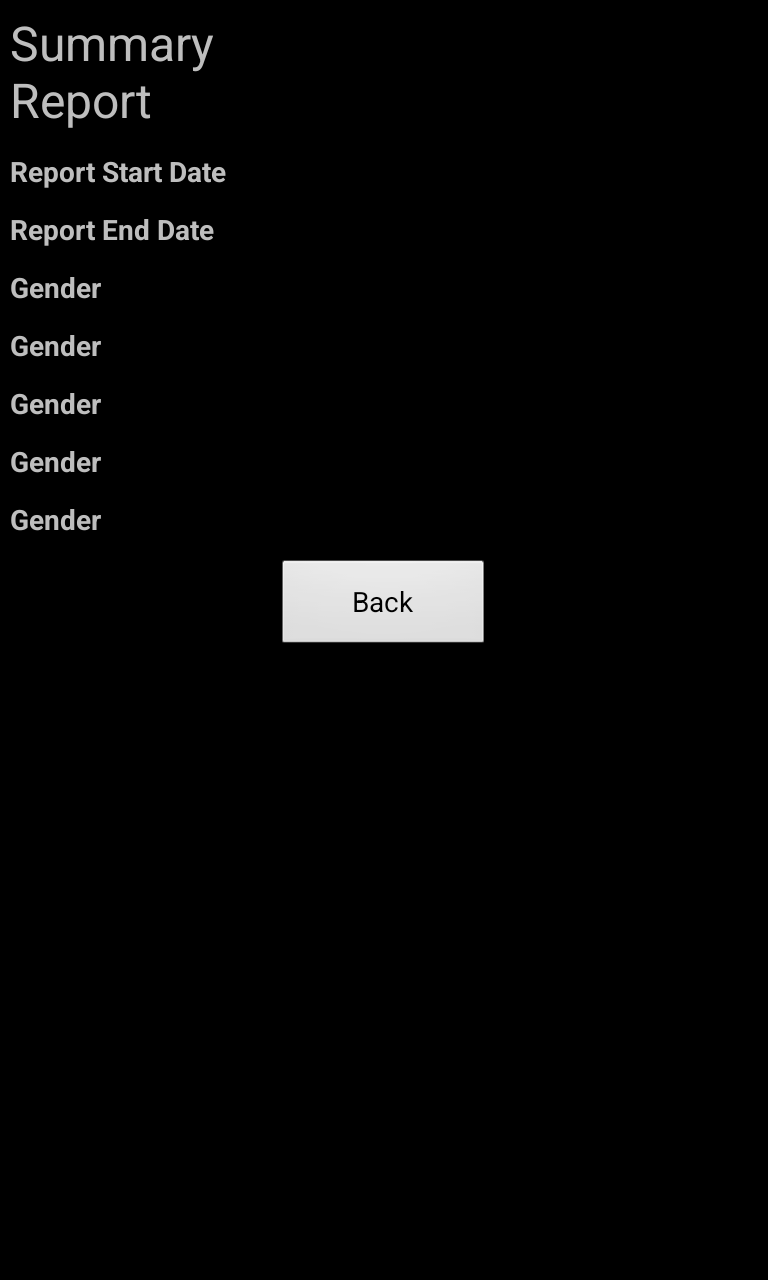
Repository: dillonyoung/CPD4493
Layout: TraCare/res/layout/report.xml
An editor plug-in stored every save of this project. The layout is shown before and after the next save, followed by the edit.
It is drawn on a 768 x 1280 px phone screen (xhdpi) without system bars, with theme android:Theme.Black; the app's code is not run.

Above is the layout before, as saved 2013-04-10 21:39:20.

### TraCare/res/layout/report.xml
<?xml version="1.0" encoding="utf-8"?>
<ScrollView xmlns:android="http://schemas.android.com/apk/res/android"
    android:layout_width="fill_parent"
    android:layout_height="fill_parent" >

    <TableLayout
        android:id="@+id/TableLayout1"
        android:layout_width="match_parent"
        android:layout_height="wrap_content" >

        <TableRow
            android:id="@+id/tableRow1"
            android:layout_width="wrap_content"
            android:layout_height="wrap_content"
            android:padding="5dip" >

            <TextView
                android:id="@+id/textView1"
                android:layout_width="wrap_content"
                android:layout_height="wrap_content"
                android:layout_span="2"
                android:text="@string/summary"
                android:textSize="24sp" />
        </TableRow>


        <TableRow
            android:id="@+id/tableRow2"
            android:layout_width="wrap_content"
            android:layout_height="wrap_content"
            android:padding="5dip" >

            <TextView
                android:id="@+id/textView2"
                android:layout_width="wrap_content"
                android:layout_height="wrap_content"
                android:text="@string/reportstart"
                android:textStyle="bold" />

            <TextView
                android:id="@+id/txtReportStartDate"
                android:layout_width="wrap_content"
                android:layout_height="wrap_content"
                android:text="@string/blank"
                android:textStyle="bold" />
        </TableRow>


        <TableRow
            android:id="@+id/tableRow3"
            android:layout_width="wrap_content"
            android:layout_height="wrap_content"
            android:padding="5dip" >

            <TextView
                android:id="@+id/textView3"
                android:layout_width="wrap_content"
                android:layout_height="wrap_content"
                android:text="@string/reportend"
                android:textStyle="bold" />

            <TextView
                android:id="@+id/txtReportEndDate"
                android:layout_width="wrap_content"
                android:layout_height="wrap_content"
                android:text="@string/blank"
                android:textStyle="bold" />
        </TableRow>


        <TableRow
            android:id="@+id/tableRow4"
            android:layout_width="wrap_content"
            android:layout_height="wrap_content"
            android:padding="5dip" >

            <TextView
                android:id="@+id/textView4"
                android:layout_width="wrap_content"
                android:layout_height="wrap_content"
                android:text="@string/gender"
                android:textStyle="bold" />

            <TextView
                android:id="@+id/txtReportLowestWeight"
                android:layout_width="wrap_content"
                android:layout_height="wrap_content"
                android:text="@string/blank"
                android:textStyle="bold" />
        </TableRow>


        <TableRow
            android:id="@+id/tableRow5"
            android:layout_width="wrap_content"
            android:layout_height="wrap_content"
            android:padding="5dip" >

            <TextView
                android:id="@+id/textView5"
                android:layout_width="wrap_content"
                android:layout_height="wrap_content"
                android:text="@string/gender"
                android:textStyle="bold" />

            <TextView
                android:id="@+id/txtReportLowestDate"
                android:layout_width="wrap_content"
                android:layout_height="wrap_content"
                android:text="@string/blank"
                android:textStyle="bold" />
        </TableRow>


        <TableRow
            android:id="@+id/tableRow6"
            android:layout_width="wrap_content"
            android:layout_height="wrap_content"
            android:padding="5dip" >

            <TextView
                android:id="@+id/textView6"
                android:layout_width="wrap_content"
                android:layout_height="wrap_content"
                android:text="@string/gender"
                android:textStyle="bold" />

            <TextView
                android:id="@+id/txtReportHighestWeight"
                android:layout_width="wrap_content"
                android:layout_height="wrap_content"
                android:text="@string/blank"
                android:textStyle="bold" />
        </TableRow>


        <TableRow
            android:id="@+id/tableRow7"
            android:layout_width="wrap_content"
            android:layout_height="wrap_content"
            android:padding="5dip" >

            <TextView
                android:id="@+id/textView7"
                android:layout_width="wrap_content"
                android:layout_height="wrap_content"
                android:text="@string/gender"
                android:textStyle="bold" />

            <TextView
                android:id="@+id/txtReportHighestDate"
                android:layout_width="wrap_content"
                android:layout_height="wrap_content"
                android:text="@string/blank"
                android:textStyle="bold" />
        </TableRow>


        <TableRow
            android:id="@+id/tableRow8"
            android:layout_width="wrap_content"
            android:layout_height="wrap_content"
            android:padding="5dip" >

            <TextView
                android:id="@+id/textView8"
                android:layout_width="wrap_content"
                android:layout_height="wrap_content"
                android:text="@string/gender"
                android:textStyle="bold" />

            <TextView
                android:id="@+id/txtReportAverageWeight"
                android:layout_width="wrap_content"
                android:layout_height="wrap_content"
                android:text="@string/blank"
                android:textStyle="bold" />
        </TableRow>

        <TableRow
            android:id="@+id/tableRow9"
            android:layout_width="wrap_content"
            android:layout_height="wrap_content"
            android:gravity="center_horizontal"
            android:padding="5dip" >

            <Button
                android:id="@+id/btnBack"
                android:layout_width="wrap_content"
                android:layout_height="wrap_content"
                android:layout_span="2"
                android:text="@string/back" />
        </TableRow>
    </TableLayout>

</ScrollView>

### TraCare/res/values/strings.xml
<?xml version="1.0" encoding="utf-8"?>
<resources>

    <string name="app_name">TraCare</string>
    <string name="action_settings">Settings</string>
    <string name="title_section1">Section 1</string>
    <string name="title_section2">Section 2</string>
    <string name="title_section3">Section 3</string>
    <string name="user_details">User Details</string>
    <string name="gender">Gender</string>
    <string name="male">Male</string>
    <string name="female">Female</string>
    <string name="weight">Weight (Lbs)</string>
    <string name="preferences">Preferences</string>
    <string name="track_weight">Track Weight</string>
    <string name="track_sleep">Track Sleep</string>
    <string name="track_energy_level">Track Energy Level</string>
    <string name="track_quality_of_sleep">Track Quality of Sleep</string>
    <string name="track_fitness">Track Fitness</string>
    <string name="track_nutrition">Track Nutrition</string>
    <string name="savesettings">Save Settings</string>
    <string name="back">Back</string>
    <string name="yourname">Your name</string>
    <string name="track_symptom">Track Symptom</string>
    <string name="image"></string>
    <string name="blank"></string>
    <string name="menu_add_entry">Add Entry</string>
    <string name="menu_delete_entry">Delete Entry</string>
    <string name="summary">Summary Report</string>
    <string name="startdate">Start Date</string>
    <string name="enddate">End Date</string>
    <string name="runreport">Run Report</string>
    <string name="reportstart">Report Start Date</string>
    <string name="reportend">Report End Date</string>
    <string name="lowestweight">Lowest Weight</string>
    <string name="lowestdate">Date of Lowest Weight</string>
	<string name="highestweight">Highest Weight</string>
    <string name="highestdate">Date of Highest Weight</string>
    <string name="averageweight">Average Weight</string>
    <string-array name="hours_of_sleep">
        <item>0.0 Hours of Sleep</item>
        <item>0.5 Hours of Sleep</item>
        <item>1.0 Hours of Sleep</item>
        <item>1.5 Hours of Sleep</item>
        <item>2.0 Hours of Sleep</item>
        <item>2.5 Hours of Sleep</item>
        <item>3.0 Hours of Sleep</item>
        <item>3.5 Hours of Sleep</item>
        <item>4.0 Hours of Sleep</item>
        <item>4.5 Hours of Sleep</item>
        <item>5.0 Hours of Sleep</item>
        <item>5.5 Hours of Sleep</item>
        <item>6.0 Hours of Sleep</item>
        <item>6.5 Hours of Sleep</item>
        <item>7.0 Hours of Sleep</item>
        <item>7.5 Hours of Sleep</item>
        <item>8.0 Hours of Sleep</item>
        <item>8.5 Hours of Sleep</item>
        <item>9.0 Hours of Sleep</item>
        <item>9.5 Hours of Sleep</item>
        <item>10.0 Hours of Sleep</item>
        <item>10.5 Hours of Sleep</item>
        <item>11.0 Hours of Sleep</item>
        <item>11.5 Hours of Sleep</item>
        <item>12.0 Hours of Sleep</item>
        <item>12.5 Hours of Sleep</item>
        <item>13.0 Hours of Sleep</item>
        <item>13.5 Hours of Sleep</item>
        <item>14.0 Hours of Sleep</item>
        <item>14.5 Hours of Sleep</item>
        <item>15.0 Hours of Sleep</item>
        <item>15.5 Hours of Sleep</item>
        <item>16.0 Hours of Sleep</item>
        <item>16.5 Hours of Sleep</item>
        <item>17.0 Hours of Sleep</item>
        <item>17.5 Hours of Sleep</item>
        <item>18.0 Hours of Sleep</item>
        <item>18.5 Hours of Sleep</item>
        <item>19.0 Hours of Sleep</item>
        <item>19.5 Hours of Sleep</item>
        <item>20.0 Hours of Sleep</item>
        <item>20.5 Hours of Sleep</item>
        <item>21.0 Hours of Sleep</item>
        <item>21.5 Hours of Sleep</item>
        <item>22.0 Hours of Sleep</item>
        <item>22.5 Hours of Sleep</item>
        <item>23.0 Hours of Sleep</item>
        <item>23.5 Hours of Sleep</item>
    </string-array>
    <string-array name="energy_level">
        <item>Energy Level Not Specified</item>
        <item>Terrible Energy Level</item>
        <item>Poor Energy Level</item>
        <item>Average Energy Level</item>
        <item>Good Energy Level</item>
        <item>Excellent Energy Level</item>
    </string-array>
    <string-array name="quality_of_sleep">
        <item>Quality of Sleep Not Specified</item>
        <item>Terrible Quality of Sleep</item>
        <item>Poor Quality of Sleep</item>
        <item>Average Quality of Sleep</item>
        <item>Good Quality of Sleep</item>
        <item>Excellent Quality of Sleep</item>
    </string-array>
    <string-array name="symptom_type">
        <item>Symptom Type Not Specified</item>
        <item>Other</item>
        <item>Abdominal Pain</item>
        <item>Chest Pain</item>
        <item>Constipation</item>
        <item>Cought</item>
        <item>Diarrea</item>
        <item>Dizziness</item>
        <item>Eye Discomfort</item>
        <item>Foot Pain</item>
        <item>Hip Pain</item>
        <item>Knee Pain</item>
        <item>Low Back Pain</item>
        <item>Nasal Congestion</item>
        <item>Nausea</item>
        <item>Neck Pain</item>
        <item>Numbness</item>
        <item>Shortness of Breath</item>
        <item>Shoulder Pain</item>
        <item>Sore Throat</item>
        <item>Vision Problems</item>
        <item>Wheezing</item>
    </string-array>
        <string name="string_new_entry">New Entry</string>
        <string name="string_hours_of_sleep">Select Hours of Sleep</string>
        <string name="string_fitness">Your fitness activity</string>
        <string name="string_nutrition">Your nutrition</string>
        <string name="string_symtpom_description">The symptom description</string>
        <string name="saveentry">Save New Entry</string>

</resources>

After the next save:
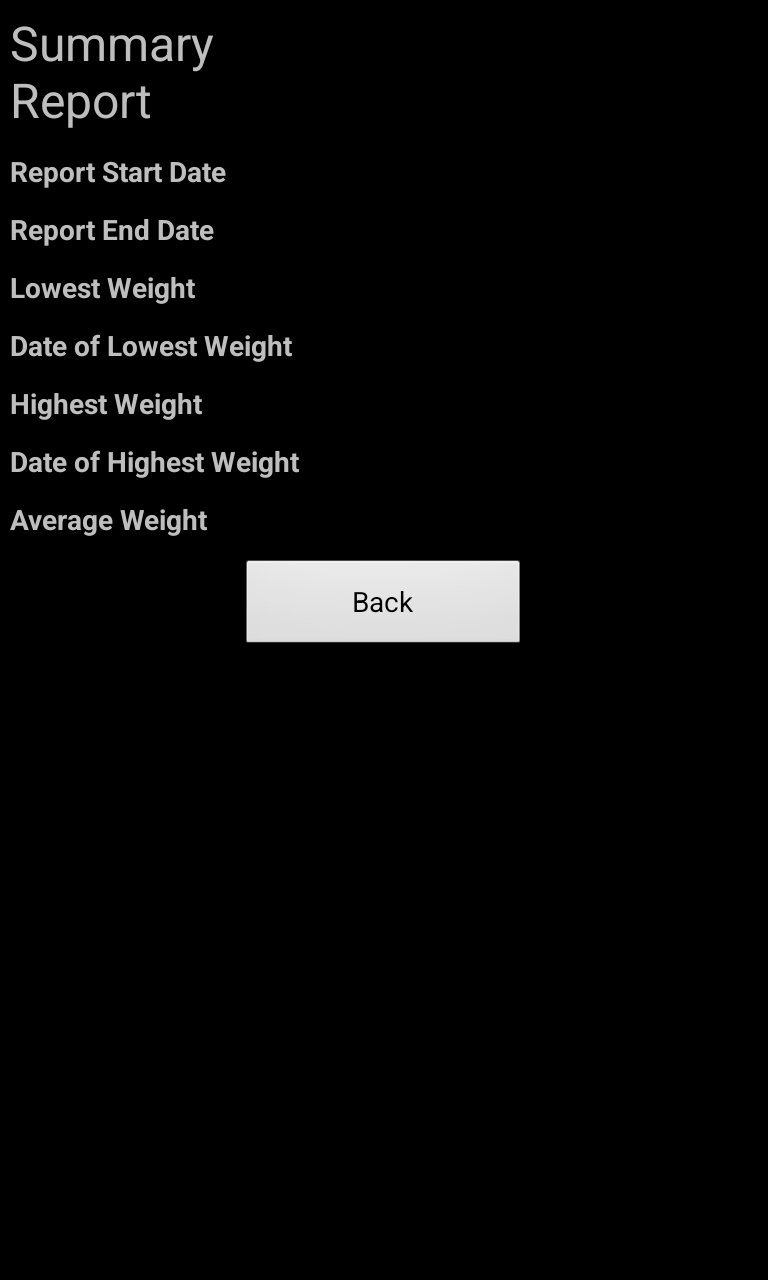
Saved 10 s later.
--- a/TraCare/res/layout/report.xml
+++ b/TraCare/res/layout/report.xml
@@ -78,7 +78,7 @@
                 android:id="@+id/textView4"
                 android:layout_width="wrap_content"
                 android:layout_height="wrap_content"
-                android:text="@string/gender"
+                android:text="@string/lowestweight"
                 android:textStyle="bold" />
 
             <TextView
@@ -100,7 +100,7 @@
                 android:id="@+id/textView5"
                 android:layout_width="wrap_content"
                 android:layout_height="wrap_content"
-                android:text="@string/gender"
+                android:text="@string/lowestdate"
                 android:textStyle="bold" />
 
             <TextView
@@ -122,7 +122,7 @@
                 android:id="@+id/textView6"
                 android:layout_width="wrap_content"
                 android:layout_height="wrap_content"
-                android:text="@string/gender"
+                android:text="@string/highestweight"
                 android:textStyle="bold" />
 
             <TextView
@@ -144,7 +144,7 @@
                 android:id="@+id/textView7"
                 android:layout_width="wrap_content"
                 android:layout_height="wrap_content"
-                android:text="@string/gender"
+                android:text="@string/highestdate"
                 android:textStyle="bold" />
 
             <TextView
@@ -166,7 +166,7 @@
                 android:id="@+id/textView8"
                 android:layout_width="wrap_content"
                 android:layout_height="wrap_content"
-                android:text="@string/gender"
+                android:text="@string/averageweight"
                 android:textStyle="bold" />
 
             <TextView
